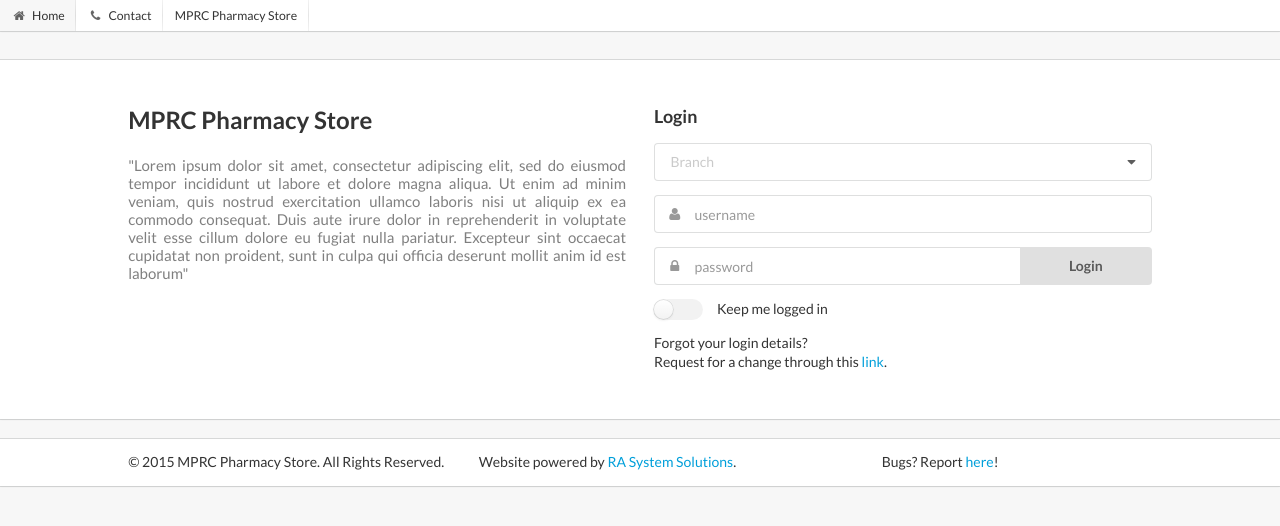
Repository: thdrwngkd/oims
Page: public/index.html
The author's editor kept a record of every edit. The page is drawn from the files as they stood at one moment, then again after the next edit.
The browser window is 1280 px wide. The pictures show the whole page.

Above is the page before.

After the next edit:
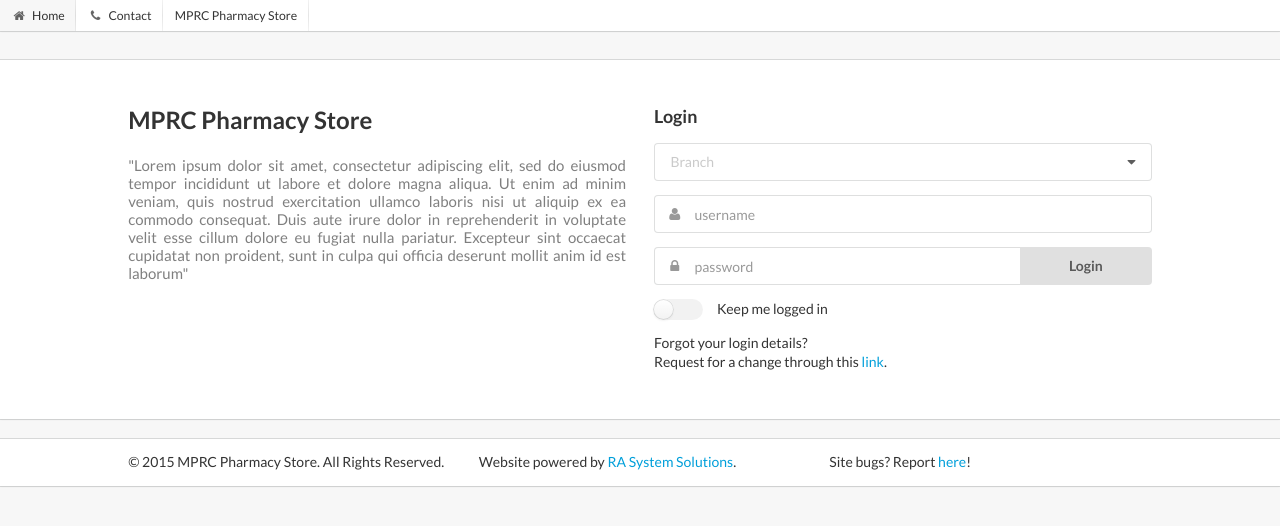
The edit:
--- a/public/index.html
+++ b/public/index.html
@@ -97,8 +97,8 @@
           <div class="column">
             <p>Website powered by <a href="">RA System Solutions</a>.</p>
           </div>
-          <div class="right aligned three wide column">
-            <p>Bugs? Report <a href="">here</a>!</p>
+          <div class="column">
+            <p>Site bugs? Report <a href="">here</a>!</p>
           </div>
         </div>
       </div>
